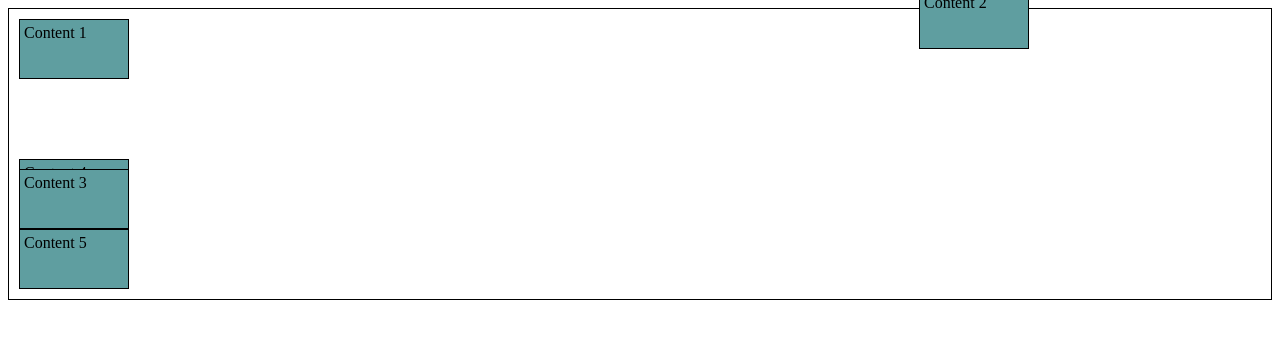
Repository: sammkrt/saltPrecourse
Page: css-trainingGround/cssPositioning.html
These files come from the project's save history. The page is drawn as it stood at one moment and after the next save; the edit follows.
The browser window is 1280 px wide. The pictures show the whole page.

Above is the page before, as saved 2022-12-22 10:52:14.

### css-trainingGround/cssPositioning.html
<!DOCTYPE html>
<html lang="en">
<head>
    <title>Css Positioning</title>
    <style>
        main {
            border: 1px solid black;
        }
        div {
            background-color: cadetblue;
            width: 100px;
            height: 50px;
            margin: 10px;
            padding: 4px;
            border: 1px solid black;
        }
        .relativePositioning {
            position: relative;
            top: -100px;
            left: 900px;
        }
        .fixedPositioning {
            position: fixed;
        }
    </style>
</head>
<body>
    <main>
        <div>Content 1</div>
        <div class="relativePositioning">Content 2</div>
        <div class="fixedPositioning">Content 3</div>
        <div>Content 4</div>
        <div>Content 5</div>
    </main>
</body>
</html>

After the next save:
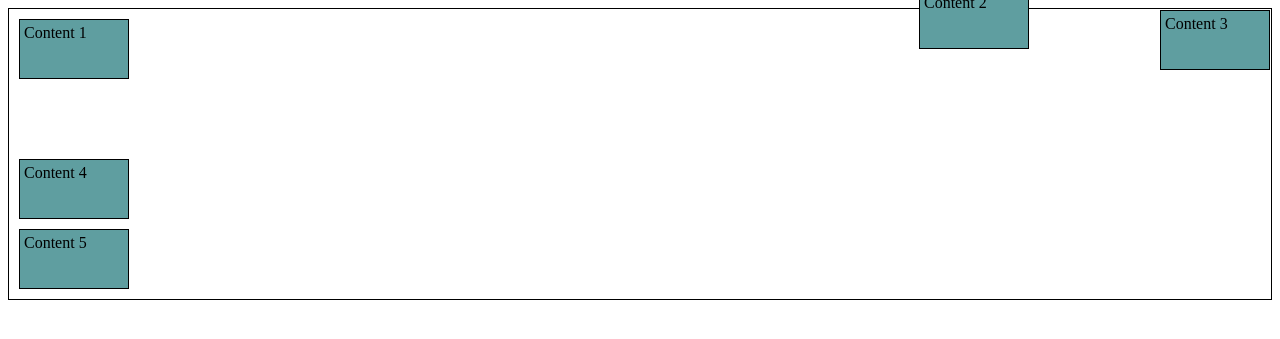
Saved 2 min 13 s later.
--- a/css-trainingGround/cssPositioning.html
+++ b/css-trainingGround/cssPositioning.html
@@ -21,6 +21,8 @@
         }
         .fixedPositioning {
             position: fixed;
+            top: 0px;
+            right: 0px;
         }
     </style>
 </head>
